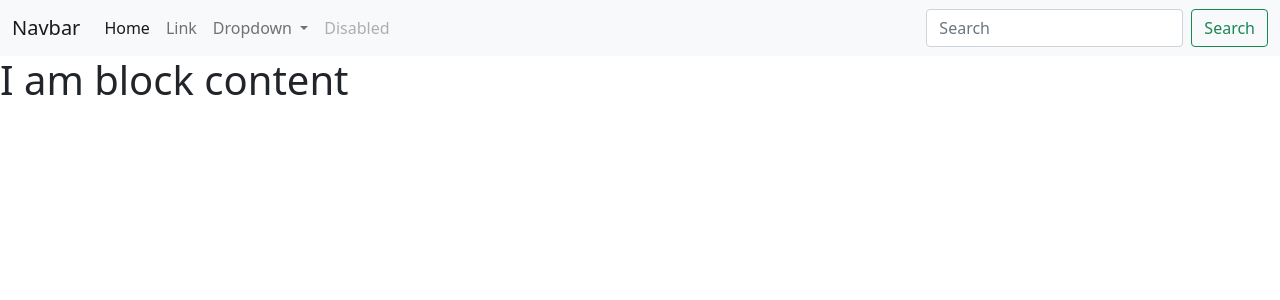
Repository: starFaby/systemSegurityRestaurant
Page: http://localhost/
An editor plug-in stored every save of this project. The page is shown before and after the next save, followed by the edit.
The browser window is 1280 px wide. The pictures show the whole page.
The page is served by the project's application, run on Flask 3 (project/__init__.py). Other server files are loaded and not shown.

Above is the page before, as saved 2021-03-08 19:04:39.

### project/templates/frontend/pages/home/home.html
{% extends 'frontend/master/master.html'%}
{% block content %}
<h1>I am block content</h1>
{% endblock content %}

### project/templates/frontend/master/master.html
{% include 'frontend/layouts/header.html' %}
{% include 'frontend/layouts/navbar.html' %}
{% block content %} {% endblock %}
{% include 'frontend/layouts/footer.html' %}

### project/templates/frontend/layouts/header.html
<!DOCTYPE html>
<html lang="en">
<head>
    <meta charset="UTF-8">
    <meta http-equiv="X-UA-Compatible" content="IE=edge">
    <meta name="viewport" content="width=device-width, initial-scale=1.0">
    <title>Document</title>
    <link rel="stylesheet" href="{{url_for('static', filename='bootstrap/dist/css/bootstrap.min.css')}}">
</head>
<body>

</body>
</html>

### project/templates/frontend/layouts/navbar.html
<nav class="navbar navbar-expand-lg navbar-light bg-light">
    <div class="container-fluid">
        <a class="navbar-brand" href="#">Navbar</a>
        <button class="navbar-toggler" type="button" data-bs-toggle="collapse" data-bs-target="#navbarSupportedContent"
            aria-controls="navbarSupportedContent" aria-expanded="false" aria-label="Toggle navigation">
            <span class="navbar-toggler-icon"></span>
        </button>
        <div class="collapse navbar-collapse" id="navbarSupportedContent">
            <ul class="navbar-nav me-auto mb-2 mb-lg-0">
                <li class="nav-item">
                    <a class="nav-link active" aria-current="page" href="#">Home</a>
                </li>
                <li class="nav-item">
                    <a class="nav-link" href="#">Link</a>
                </li>
                <li class="nav-item dropdown">
                    <a class="nav-link dropdown-toggle" href="#" id="navbarDropdown" role="button"
                        data-bs-toggle="dropdown" aria-expanded="false">
                        Dropdown
                    </a>
                    <ul class="dropdown-menu" aria-labelledby="navbarDropdown">
                        <li><a class="dropdown-item" href="#">Action</a></li>
                        <li><a class="dropdown-item" href="#">Another action</a></li>
                        <li>
                            <hr class="dropdown-divider">
                        </li>
                        <li><a class="dropdown-item" href="#">Something else here</a></li>
                    </ul>
                </li>
                <li class="nav-item">
                    <a class="nav-link disabled" href="#" tabindex="-1" aria-disabled="true">Disabled</a>
                </li>
            </ul>
            <form class="d-flex">
                <input class="form-control me-2" type="search" placeholder="Search" aria-label="Search">
                <button class="btn btn-outline-success" type="submit">Search</button>
            </form>
        </div>
    </div>
</nav>

### project/templates/frontend/layouts/footer.html
<!DOCTYPE html>
<html lang="en">
<head>
    <meta charset="UTF-8">
    <meta http-equiv="X-UA-Compatible" content="IE=edge">
    <meta name="viewport" content="width=device-width, initial-scale=1.0">
    <title>Document</title>
</head>
<body>
    <script src="{{url_for('static', filename='jquery/dist/jquery.min.js')}}"></script>
    <script src="{{url_for('static', filename='bootstrap/dist/js/bootstrap.min.js')}}"></script>
</body>
</html>

### project/controllers/aplicationController.py
from flask import render_template
class AplicationController():
    def __init__(self):
        pass

    def index(self):
        return render_template('frontend/pages/home/home.html')

    def about(self):
        return render_template('frontend/pages/about/about.html')

appController = AplicationController()

### project/router/route.py
from project import app
from project.controllers.aplicationController import appController

@app.route('/')
@app.route('/home')
def index():
    return appController.index()

@app.route('/about')
def about():
    return appController.about()

### project/__init__.py
from os.path import dirname, basename, isfile, join
from flask import Flask
import glob

project_module = glob.glob(join(dirname(__file__), '*.py'))
__all__ = [basename(f)[:-3] for f in project_module if isfile(f)
           and not f.endswith('__init__.py')]

app = Flask(__name__)

from project.router import route

Loaded but not shown: project/static/bootstrap/dist/css/bootstrap.min.css (library); project/static/jquery/dist/jquery.min.js (library); project/static/bootstrap/dist/js/bootstrap.min.js (library)

After the next save:
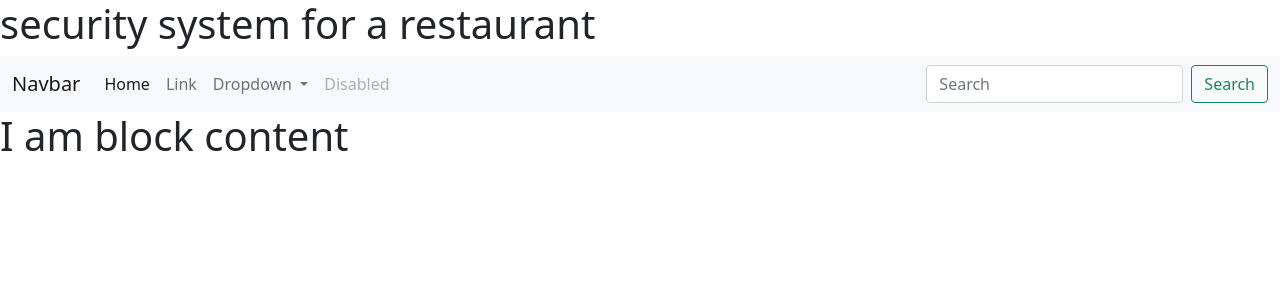
Saved 9 min 51 s later.
--- a/project/templates/frontend/layouts/header.html
+++ b/project/templates/frontend/layouts/header.html
@@ -8,6 +8,6 @@
     <link rel="stylesheet" href="{{url_for('static', filename='bootstrap/dist/css/bootstrap.min.css')}}">
 </head>
 <body>
-
+    <h1>security system for a restaurant</h1>
 </body>
 </html>
